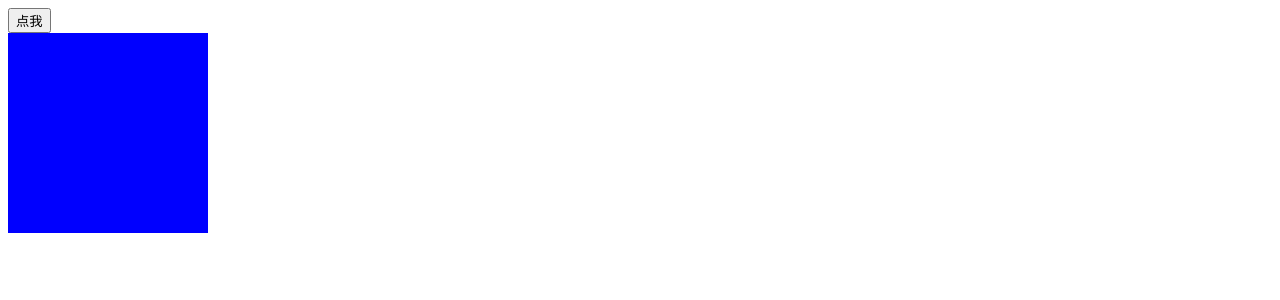
Repository: DataBoxWx/mvc_servlet_3
Page: http://localhost/2_jsp1/ajax/ajax4.jsp
These files come from the project's save history. The page is drawn as it stood at one moment and after the next save; the edit follows.
The browser window is 1280 px wide. The pictures show the whole page.
The page is served by Tomcat 9. Other server files are loaded and not shown.

Above is the page before, as saved 2018-05-04 12:41:08.

### 2_jsp1/WebContent/ajax/ajax4.jsp
<%@ page language="java" contentType="text/html; charset=UTF-8"
    pageEncoding="UTF-8"%>
<%
	String basePath = request.getScheme() + "://" + request.getServerName() + ":" + 	request.getServerPort() + request.getContextPath() + "/";
%>
<!DOCTYPE html PUBLIC "-//W3C//DTD HTML 4.01 Transitional//EN" "http://www.w3.org/TR/html4/loose.dtd">
<html>
<head>
<base href="<%=basePath%>">
<meta http-equiv="Content-Type" content="text/html; charset=UTF-8">
<title>Insert title here</title>
<script type="text/javascript">
	function bh(){
		var xmlhttp;
		if (window.XMLHttpRequest){// code for IE7+, Firefox, Chrome, Opera, Safari
		  xmlhttp=new XMLHttpRequest();
		  }else{// code for IE6, IE5
		  xmlhttp=new ActiveXObject("Microsoft.XMLHTTP");
		  }
		xmlhttp.onreadystatechange=function(){
		  if (xmlhttp.readyState==4 && xmlhttp.status==200){
			  var x = xmlhttp.responseText;
		    document.getElementById("div").innerHTML=x;
		    }
		  }
		xmlhttp.open("GET","myservlet1.do",true);
		xmlhttp.send();

	}
</script>
</head>
<body>
	<button onclick="bh()">点我</button><br>
	<div style="background-color: blue;width:200px;height:200px" id ="div" ></div>
</body>
</html>

After the next save:
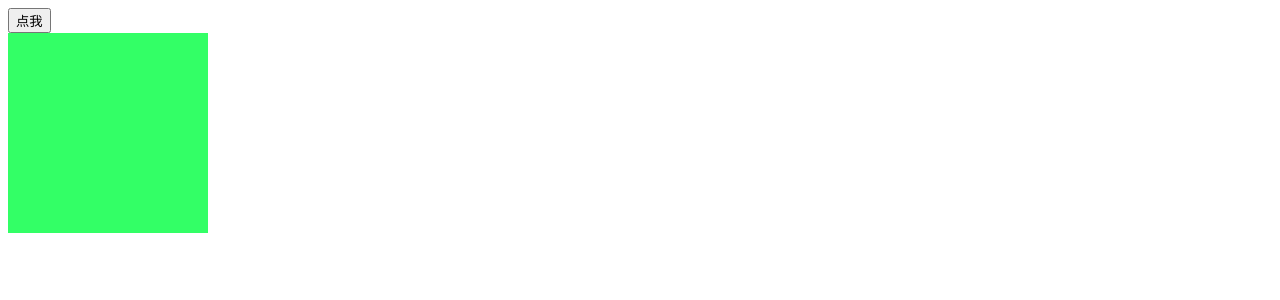
Saved 6 min 22 s later.
--- a/2_jsp1/WebContent/ajax/ajax4.jsp
+++ b/2_jsp1/WebContent/ajax/ajax4.jsp
@@ -31,6 +31,6 @@
 </head>
 <body>
 	<button onclick="bh()">点我</button><br>
-	<div style="background-color: blue;width:200px;height:200px" id ="div" ></div>
+	<div style="background-color: #33FF66;width:200px;height:200px" id ="div" ></div>
 </body>
 </html>
